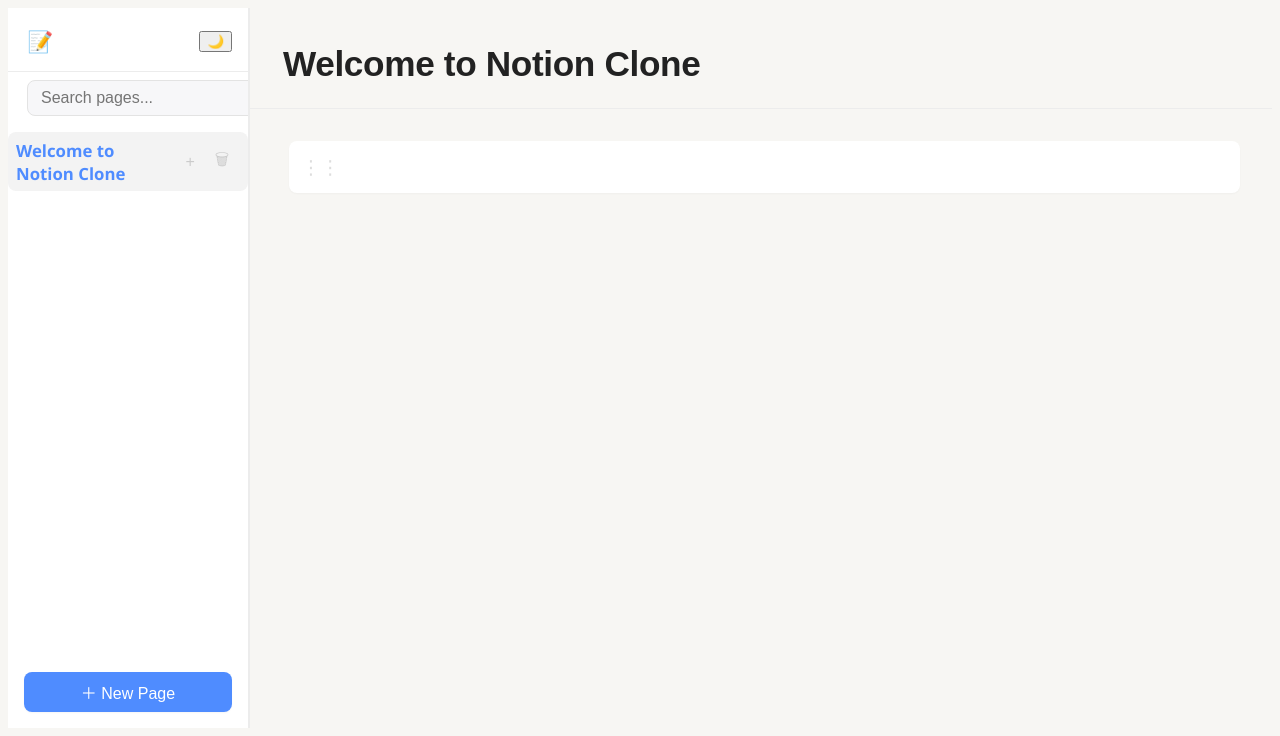
Repository: kirankumarwq/On-Time
Page: index.html
An editor plug-in stored every save of this project. The page is shown before and after the next save, followed by the edit.
The browser window is 1280 px wide. The pictures show the whole page.

Above is the page before, as saved 2025-06-09 16:46:37.
Console error: TypeError: Assignment to constant variable.

After the next save:
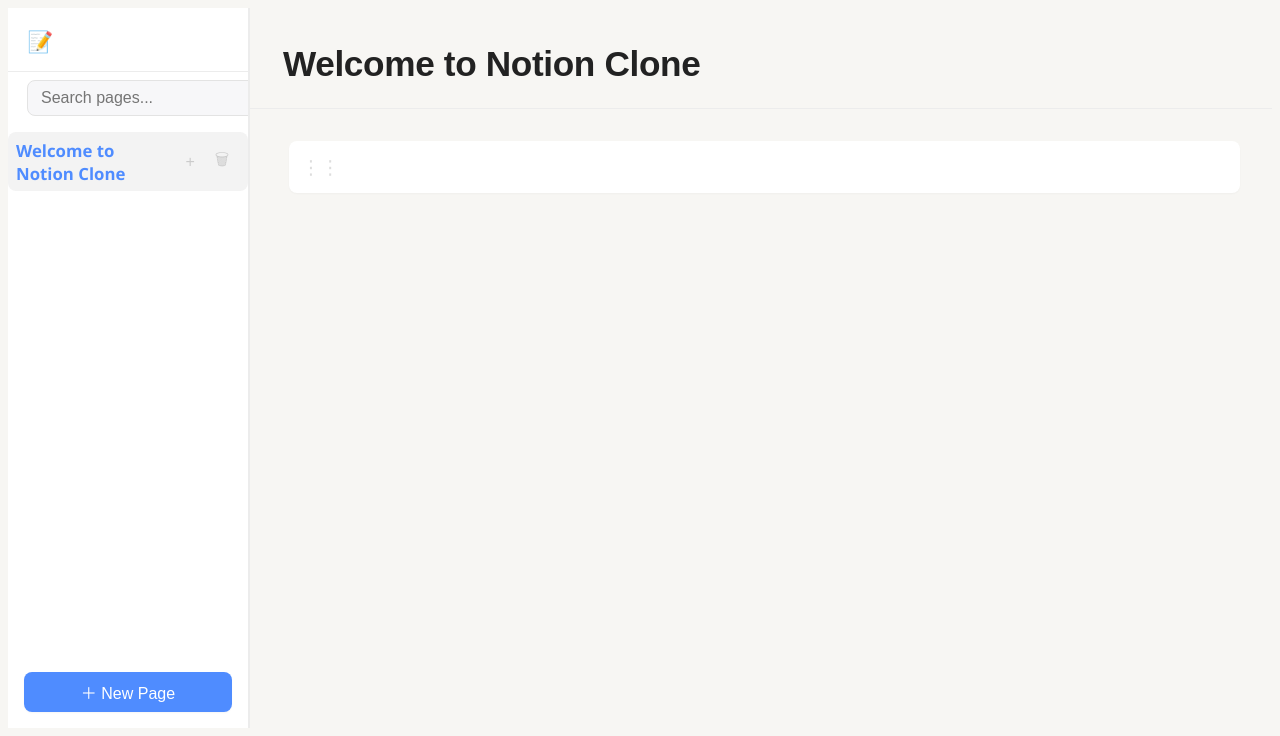
Saved 2 min 52 s later.
--- a/index.html
+++ b/index.html
@@ -11,7 +11,6 @@
     <aside id="sidebar">
       <div class="sidebar-header">
         <span class="logo">📝</span>
-        <button id="toggle-theme" title="Toggle Light/Dark Mode">🌙</button>
       </div>
       <div id="sidebar-search">
         <input type="text" placeholder="Search pages..." id="page-search" />
--- a/assets/styles.css
+++ b/assets/styles.css
@@ -3,9 +3,7 @@
   --sidebar-width: 240px;
   --accent: #4f8cff;
   --bg: #f7f6f3;
-  --bg-dark: #23272f;
   --text: #222;
-  --text-dark: #f7f7f9;
   --block-bg: #fff;
   --block-hover: #f3f3f3;
   --block-border: #e3e3e3;
@@ -20,10 +18,6 @@
   color: var(--text);
   transition: background var(--transition), color var(--transition);
 }
-body.dark {
-  background: var(--bg-dark);
-  color: var(--text-dark);
-}
 #app {
   display: flex;
   height: 100vh;
@@ -37,11 +31,6 @@
   transition: width var(--transition);
   overflow-y: auto;
   box-shadow: 1px 0 0 #ececec;
-}
-body.dark #sidebar {
-  background: #23272f;
-  border-color: #333;
-  box-shadow: 1px 0 0 #333;
 }
 .sidebar-header {
   display: flex;
@@ -179,7 +168,6 @@
   opacity: 0.7;
   pointer-events: none;
 }
-/* Toolbar, command menu, etc. */
 #block-toolbar, #command-menu {
   position: absolute;
   z-index: 10;
@@ -191,15 +179,9 @@
   min-width: 180px;
   transition: opacity var(--transition), transform var(--transition);
 }
-body.dark #block-toolbar, body.dark #command-menu {
-  background: #23272f;
-  border-color: #333;
-  color: #f7f7f9;
-}
 .hidden {
   display: none !important;
 }
-/* Custom Scrollbar */
 #sidebar, #main-content, #pages-list {
   scrollbar-width: thin;
   scrollbar-color: var(--accent) #e0e0e0;
@@ -212,7 +194,6 @@
   background: var(--accent);
   border-radius: 8px;
 }
-/* Responsive */
 @media (max-width: 800px) {
   #sidebar {
     position: absolute;
--- a/js/theme.js
+++ b/js/theme.js
@@ -1,13 +1,4 @@
-// Theme logic: light/dark mode toggle
+// Removed theme logic: light/dark mode toggle
 export function initTheme() {
-  const btn = document.getElementById('toggle-theme');
-  if (!btn) return;
-  btn.addEventListener('click', () => {
-    document.body.classList.toggle('dark');
-    localStorage.setItem('notion-theme', document.body.classList.contains('dark') ? 'dark' : 'light');
-  });
-  // Load theme from storage
-  if (localStorage.getItem('notion-theme') === 'dark') {
-    document.body.classList.add('dark');
-  }
+  // No-op
 }
